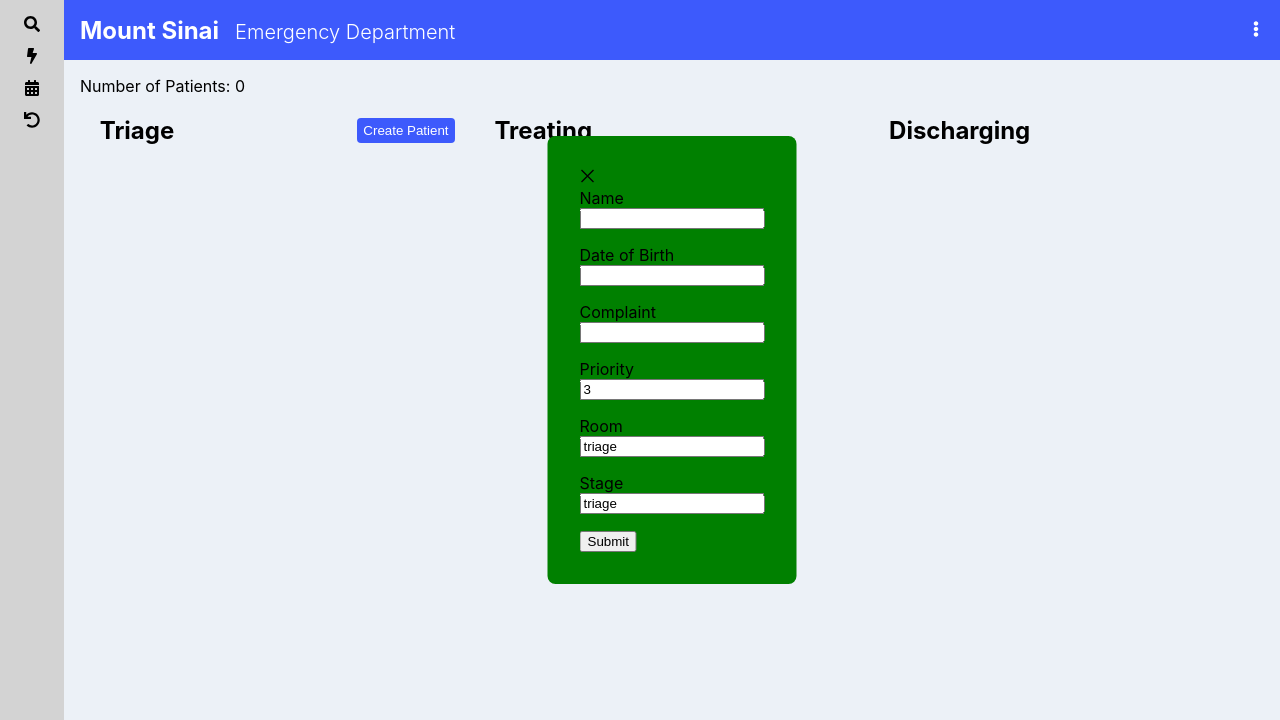
Repository: kosenijr/triage-app
Page: /, after clicking the first element matching `button.App_61351_triage-header-button`
These files come from the project's save history. The page is drawn as it stood at one moment and after the next save; the edit follows.
The browser window is 1280 px wide. The pictures show the whole page.
The page's requests for data from a server got no answer. The project was rebuilt for these pictures with package versions that can differ from the ones it lists, and the page was loaded fresh each time. No one was signed in, and anything a server would have sent is missing. Also part of the build but not shown: src/styles/PatientCard.module.css, src/components/PatientCard.js.

Above is the page before, as saved 2022-11-17 12:50:04.

After the next save:
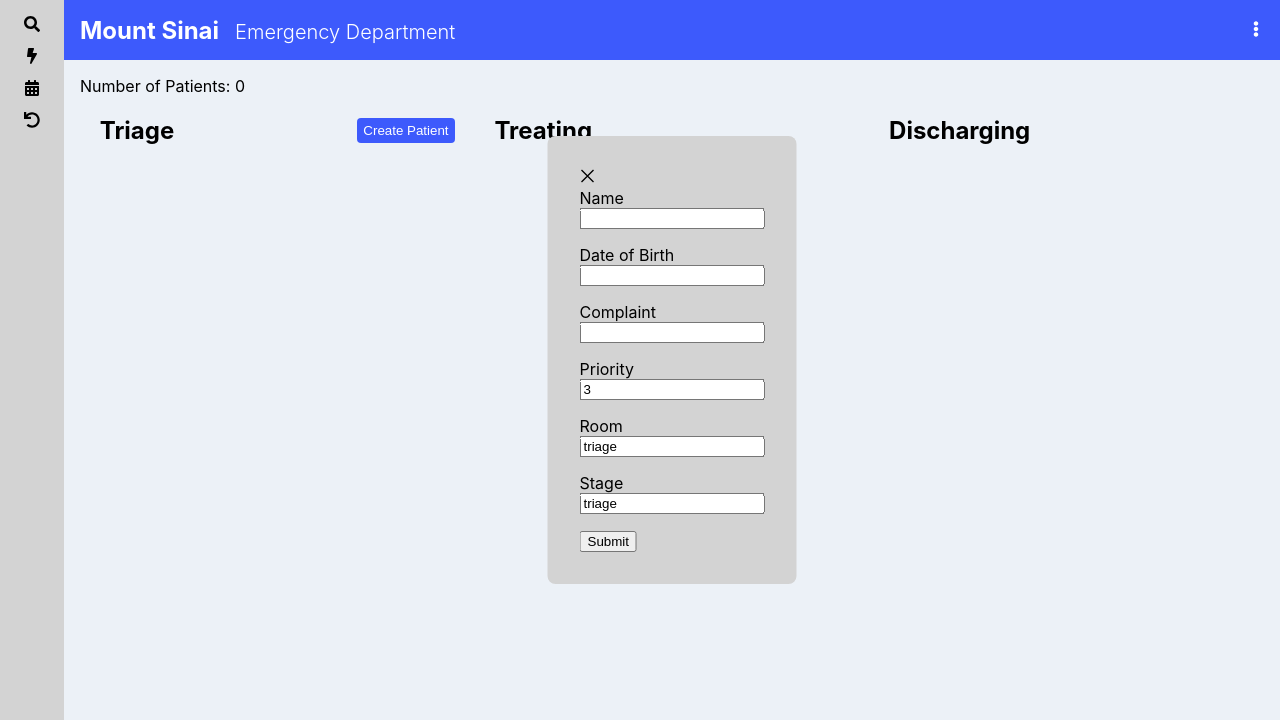
Saved 10 s later.
--- a/src/styles/Modal.module.css
+++ b/src/styles/Modal.module.css
@@ -4,7 +4,7 @@
   left: 50%;
   transform: translate(-50%, -50%);
 
-  background-color: green;
+  background-color: lightgray;
   padding: 2rem;
   border-radius: 0.5rem;
   z-index: 1;
